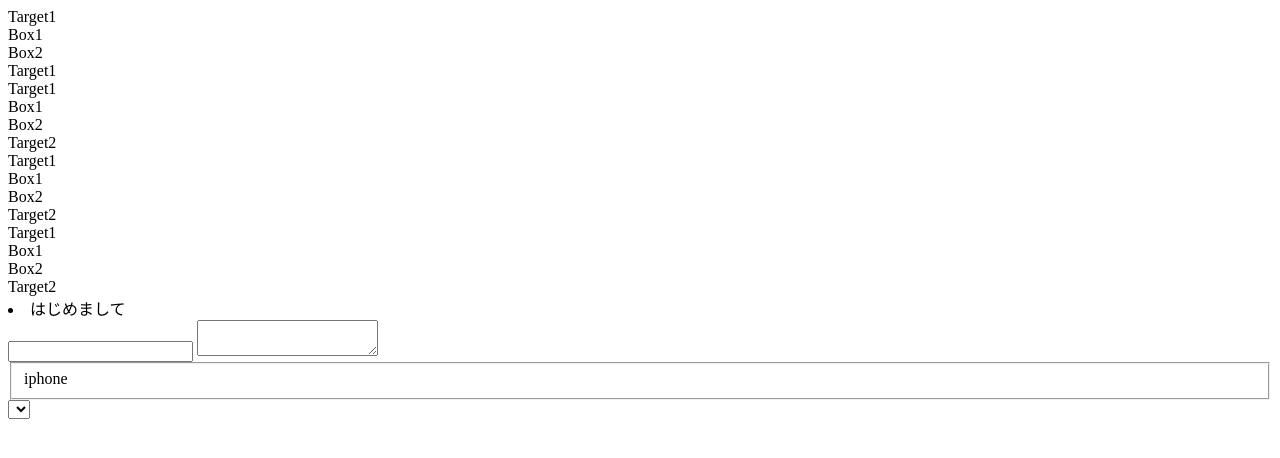
Repository: wairoku/suretigai1
Page: jack.html
An editor plug-in stored every save of this project. The page is shown before and after the next save, followed by the edit.
The browser window is 1280 px wide. The pictures show the whole page.

Above is the page before, as saved 2019-01-02 18:48:47.

After the next save:
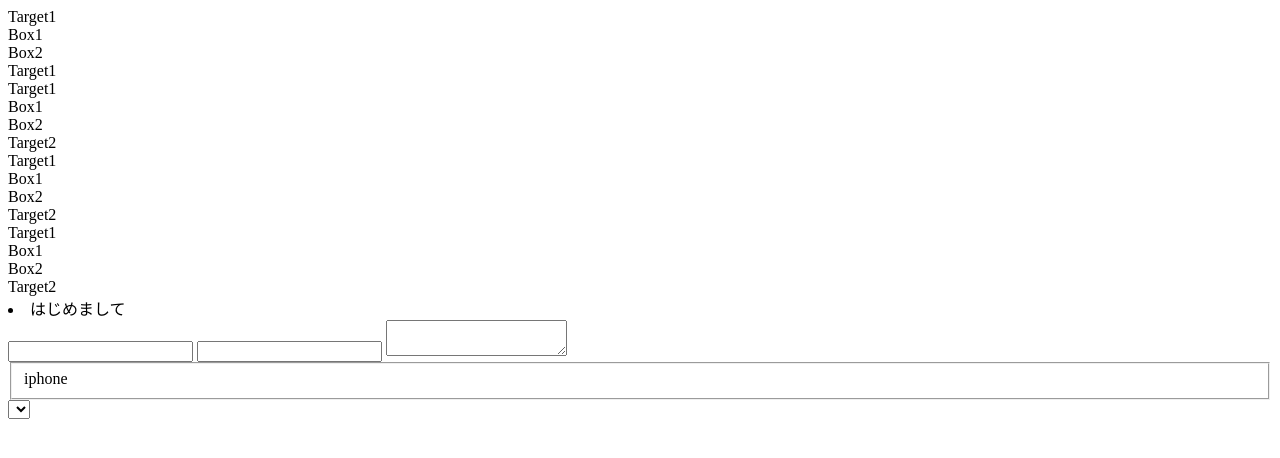
Saved 2 min 9 s later.
--- a/jack.html
+++ b/jack.html
@@ -28,6 +28,9 @@
         </a>
     </li>
 
+
+    <input type="pwd">
+
     <input type="text">
 
     <textarea></textarea>
